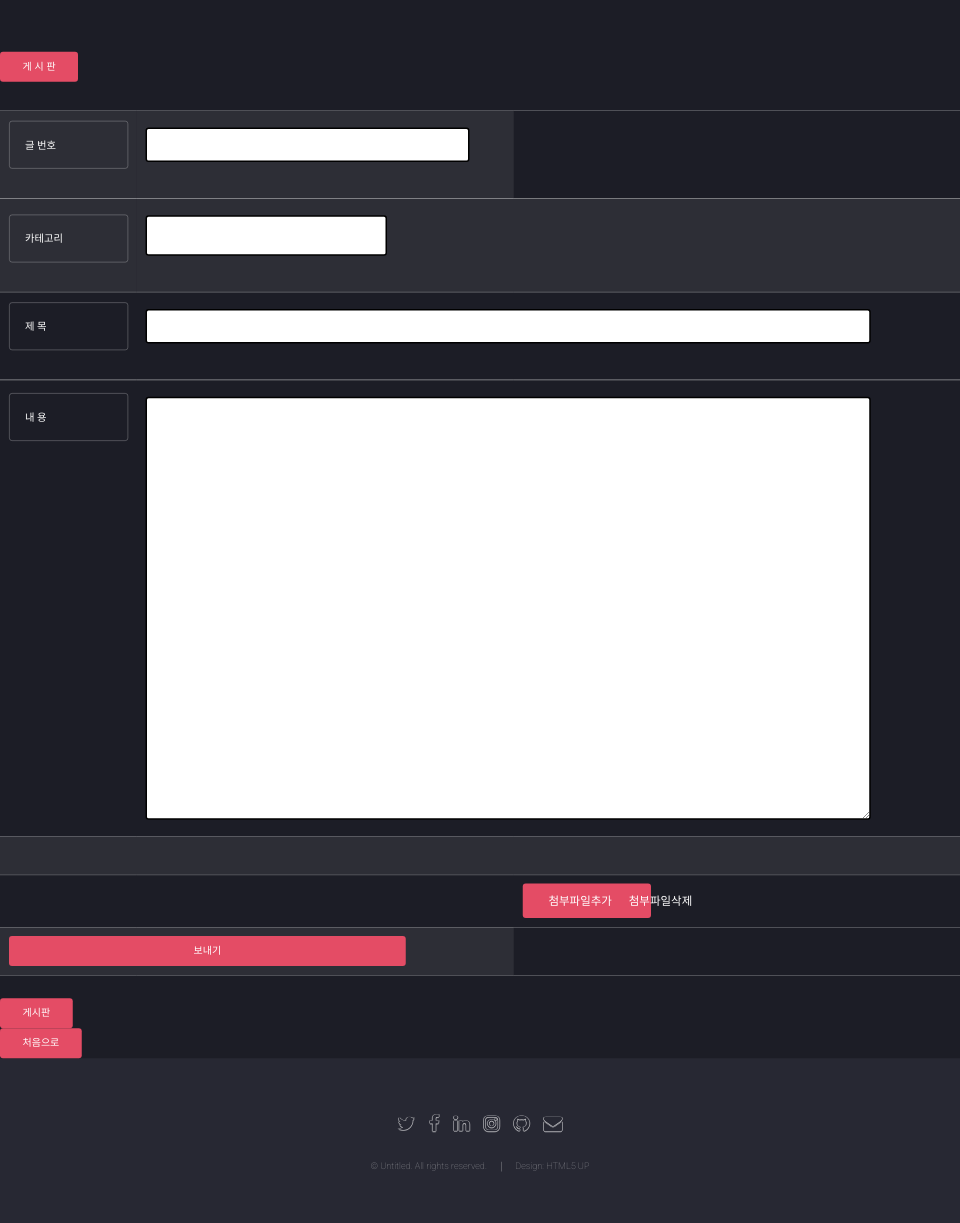
Repository: worMholEamkim/SpringEX
Page: http://localhost/bbs/bbsupdate.do
These files come from the project's save history. The page is drawn as it stood at one moment and after the next save; the edit follows.
The browser window is 1280 px wide. The pictures show the whole page, at 75% of full size.
The page is served by Tomcat 9. Other server files are loaded and not shown. Queries for data that is not in the repository find no rows.

Above is the page before, as saved 2019-03-18 05:03:48.

### JSP_WepPage_Server-master.zip_expanded/JSP_WepPage_Server-master/bbs/WebContent/WEB-INF/bbsupdate.jsp
<%@ page language="java" contentType="text/html; charset=UTF-8"
	pageEncoding="UTF-8"%>
<%@ taglib prefix="c" uri="http://java.sun.com/jsp/jstl/core"%>

<!DOCTYPE html>
<html lang="en">
<head>
<title>게시판 업로드데스</title>
<meta charset="utf-8">
		<meta charset="utf-8" />
		<meta name="viewport" content="width=device-width, initial-scale=1, user-scalable=no" />
		<link rel="stylesheet" href="assets/css/main.css" />
<style>

	box {
		display: inline;
		transition: border-color 0.2s ease-in-out;
	    background: transparent;
	    border-radius: 4px;
	    border: solid 1px rgba(255, 255, 255, 0.3);
	    color: inherit;
	    text-decoration: none;


	}

	a {
		color:white;
		text-decoration:none;
		border-bottom-color:transparent;

	}


</style>

</head>
<body class="is-preload">
	<%
		String sessionID = null;
		if (session.getAttribute("sessionID") != null) {
			sessionID = (String) session.getAttribute("sessionID");
		}
	%>
	<div class="wrapper style1">
			<button class="button primary"><a href="bbs.do">게 시 판</a></button>
		</div>
		<div align="center">
			<form method="post" action="bbsupdate.do">
				<table border=0px>
					<tr>
						<td><h5 class="box">글 번호</h5></td>
						<td colspan="2"><input name="bbsId" type="text" value="${bbsUpdate.bbsId}"  readonly
							style="width: 90%; padding: 12px 20px; margin: 10px 0px; background-color: white; box-sizing: border-box; border: 2px solid black;">
						</td>
					<tr>
					<tr>
						<td><h5 class="box">카테고리</h5></td>
						<td colspan="4">
						<select name="category"
							style="width: 30%; padding: 12px 20px; font-size: 18px; margin: 10px 0px; background-color: white; box-sizing: border-box; border: 2px solid black;">
								<c:if test="${bbsUpdate.bbsCategory == 'math'}">
									<option value="math" selected>수학</option>
								</c:if>
								<c:if test="${bbsUpdate.bbsCategory != 'math'}">
									<option value="math">수학</option>
								</c:if>
								<c:if test="${bbsUpdate.bbsCategory == 'enjoy'}">
									<option value="enjoy" selected>여행</option>
								</c:if>
								<c:if test="${bbsUpdate.bbsCategory != 'enjoy'}">
									<option value="enjoy">여행</option>
								</c:if>
								<c:if test="${bbsUpdate.bbsCategory == 'pic'}">
									<option value="pic" selected>사진</option>
								</c:if>
								<c:if test="${bbsUpdate.bbsCategory != 'pic'}">
									<option value="pic">사진</option>
								</c:if>
								<c:if test="${bbsUpdate.bbsCategory == 'java'}">
									<option value="java" selected>java</option>
								</c:if>
								<c:if test="${bbsUpdate.bbsCategory != 'java'}">
									<option value="java">java</option>
								</c:if>
								<c:if test="${bbsUpdate.bbsCategory == 'web'}">
									<option value="web" selected>웹프로그래밍</option>
								</c:if>
								<c:if test="${bbsUpdate.bbsCategory != 'web'}">
									<option value="web">웹프로그래밍</option>
								</c:if>
								<c:if test="${bbsUpdate.bbsCategory == 'estate'}">
									<option value="estate" selected>부동산</option>
								</c:if>
								<c:if test="${bbsUpdate.bbsCategory != 'estate'}">
									<option value="estate">부동산</option>
								</c:if>
								<c:if test="${bbsUpdate.bbsCategory == 'food'}">
									<option value="food" selected>음식</option>
								</c:if>
								<c:if test="${bbsUpdate.bbsCategory != 'food'}">
									<option value="food">음식</option>
								</c:if>
								<c:if test="${bbsUpdate.bbsCategory == 'common'}">
									<option value="common" selected>상식</option>
								</c:if>
								<c:if test="${bbsUpdate.bbsCategory != 'common'}">
									<option value="common">상식</option>
								</c:if>
						</select>
						</td>

					</tr>
					<tr>
						<td><h5 class="box">제 목</h5></td>
						<td colspan="4"><input name="title" type="text" value="${bbsUpdate.bbsTitle}"
							style="width: 90%; padding: 12px 20px; margin: 10px 0px; background-color: white; box-sizing: border-box; border: 2px solid black;">
						</td>
					<tr>
					<tr>
						<td><h5 class="box">내 용</h5></td>
						<td colspan="4"><textarea name="content" rows="20" cols="80"
								style="width: 90%; padding: 12px 20px; margin: 10px 0px; background-color: white; box-sizing: border-box; border: 2px solid black;">
								${bbsUpdate.bbsContent}</textarea>
						</td>
					</tr>

					<tr>
						<td colspan="5"><br>
						</td>
					<tr>

						<script type="text/javascript">
							var uf = "";
							function file_add(size, ext) {
								var filecountTemp = parseInt(document
										.getElementById("file_cnt").value);
								var parents = document
										.getElementById("file_add_form");
								var br = document.createElement("br");
								br.setAttribute("id", "br" + (filecountTemp + 1));
								parents.appendChild(br);
								if (filecountTemp == 30) {
									alert("파일업로드는 최대 30개까지 가능합니다"); //< --- 이 부분 지우면 무한대로 추가됨.
									return;
								} else {
									var obj = document.createElement("input");
									obj.setAttribute("type", "file");
									obj.setAttribute("size", size);
									obj.setAttribute("name", "bbs_file"
											+ (filecountTemp + 1));
									obj.setAttribute("id", "file"
											+ (filecountTemp + 1));
									parents.appendChild(obj);
								}
								document.getElementById("file_cnt").value = filecountTemp + 1;
							}
							function file_delete() {
								var filecountTemp = parseInt(document
										.getElementById("file_cnt").value);
								var parents = document
										.getElementById("file_add_form");
								var obj = document.getElementById('file'
										+ filecountTemp);
								var br = document.getElementById('br'
										+ filecountTemp);
								parents.removeChild(obj);

								document.getElementById("file_cnt").value = filecountTemp - 1;
							}
						</script>

						<td colspan="3"></td>

						<td colspan="2">
						<div class="button primary" style="width: 30%;">
						<input type="hidden" id="file_cnt"
							name="file_cnt" value="1" style="">
							<a href="javascript:file_add(50, 'class=input_write');"><b>첨부파일추가</b></a>&nbsp;&nbsp;&nbsp;&nbsp;&nbsp;
							<a href="javascript:file_delete();"><b>첨부파일삭제</b></a>
						</div>
						</td>
					</tr>

						<td colspan="2"><button type="submit"
								class="button primary"
								style="width: 80%;">보내기</button>
						</td>
					</tr>
				</table>
			</form>
		</div>

		<div class="w3-panel">
			<button class="button primary">
				<a href='bbs.do'>게시판</a>
			</button>
		</div>

		<div class="w3-panel">
			<button class="button primary">
				<a href='home.do'>처음으로</a>
			</button>
		</div>
	</div>
</body>
<footer id="footer">
					<ul class="icons">
						<li><a href="#" class="icon alt fa-twitter"><span class="label">Twitter</span></a></li>
						<li><a href="#" class="icon alt fa-facebook"><span class="label">Facebook</span></a></li>
						<li><a href="#" class="icon alt fa-linkedin"><span class="label">LinkedIn</span></a></li>
						<li><a href="#" class="icon alt fa-instagram"><span class="label">Instagram</span></a></li>
						<li><a href="#" class="icon alt fa-github"><span class="label">GitHub</span></a></li>
						<li><a href="#" class="icon alt fa-envelope"><span class="label">Email</span></a></li>
					</ul>
					<ul class="copyright">
						<li>&copy; Untitled. All rights reserved.</li><li>Design: <a href="http://html5up.net">HTML5 UP</a></li>
					</ul>
				</footer>
</html>

### JSP_WepPage_Server-master.zip_expanded/JSP_WepPage_Server-master/bbs/src/com/jsp/controller/BbsUpdateController.java
package com.jsp.controller;

import java.io.IOException;

import javax.servlet.RequestDispatcher;
import javax.servlet.ServletException;
import javax.servlet.http.HttpServlet;
import javax.servlet.http.HttpServletRequest;
import javax.servlet.http.HttpServletResponse;
import javax.servlet.http.HttpSession;

import com.jsp.dao.BbsDao;
import com.jsp.dao.TransactionDao;
import com.jsp.dto.BbsDto;
import com.oreilly.servlet.MultipartRequest;
import com.oreilly.servlet.multipart.DefaultFileRenamePolicy;

public class BbsUpdateController extends HttpServlet {
	@Override
	protected void doGet(HttpServletRequest req, HttpServletResponse resp) throws ServletException, IOException {
		String bbsID = req.getParameter("id");
		BbsDao bbsDao = BbsDao.getInstance();
		BbsDto bbsDto = bbsDao.selectById(bbsID);

		req.setAttribute("bbsUpdate", bbsDto);

		RequestDispatcher rd = req.getRequestDispatcher("/WEB-INF/bbsupdate.jsp");
		rd.forward(req, resp);
	}
	@Override
	protected void doPost(HttpServletRequest req, HttpServletResponse resp) throws ServletException, IOException {

		HttpSession session = req.getSession();
		String sessionID = null;
		if (session.getAttribute("sessionID") != null) {
			sessionID = (String) session.getAttribute("sessionID");
		}

		req.setCharacterEncoding("UTF-8");
		resp.setContentType("text/html;charset=UTF-8");

		String category = req.getParameter("category");
		String title = req.getParameter("title");
		String content = req.getParameter("content");
		String bbsId = req.getParameter("bbsId");


		BbsDto bbsDto = new BbsDto();
		bbsDto.setBbsTitle(title);
		bbsDto.setBbsCategory(category);
		bbsDto.setBbsContent(content);
		bbsDto.setBbsId(bbsId);



		TransactionDao tDao = TransactionDao.getInstance();
		System.out.println("업데이트올 작동?");
		int resultTrans = tDao.updateAll(bbsDto);
		//왜애 ㅠㅠㅠ어리머람ㅇㄴ리ㅏㅓㄴㅁ아ㅣ렁ㄴㅁ
		System.out.println(bbsDto.toString());
		req.setAttribute("resultTrans", resultTrans);

		RequestDispatcher rd = req.getRequestDispatcher("bbs.do");

		rd.forward(req, resp);

	}


}

### JSP_WepPage_Server-master.zip_expanded/JSP_WepPage_Server-master/bbs/src/com/jsp/dao/BbsDao.java
package com.jsp.dao;

import java.sql.Connection;
import java.sql.DriverManager;
import java.sql.PreparedStatement;
import java.sql.ResultSet;
import java.sql.SQLException;
import java.util.ArrayList;
import java.util.List;

import com.jsp.dto.BbsDto;

public class BbsDao {

	private static BbsDao bbsDao;
	private Connection conn;
	private PreparedStatement pstmt;
	private int result;
	private ResultSet rs;
	private List<BbsDto> bbsList;


	private BbsDao() {
	}



	public static synchronized BbsDao getInstance() {
		if(bbsDao == null) {
			bbsDao = new BbsDao();
	}
		return bbsDao;
	}
	public Connection getConnect() {
		String url = "jdbc:oracle:thin:@localhost:1521:xe";
		String id = "BIG";
		String pw ="1234";
		try {
			Class.forName("core.log.jdbc.driver.OracleDriver");
			conn = DriverManager.getConnection(url, id, pw);

		} catch(ClassNotFoundException e) {
			e.printStackTrace();
		} catch(SQLException e) {
			e.printStackTrace();
		}
		return conn;
	}

	public BbsDto selectById(String id) {

		// id 확인
		//System.out.println("dao에서 id = " + id);
		BbsDto bbsDto = new BbsDto();
		//System.out.println("왜");
		conn = this.getConnect();
		//System.out.println("에러가난거야 쉬뱌ㅠㅠ");

		StringBuffer query = new StringBuffer();
		query.append("SELECT *");
		query.append(" FROM BBS");
		query.append(" WHERE BBSID=? ");

		try {
			//System.out.println("양심적으로 try문은 들어가야지?");
			pstmt = conn.prepareStatement(query.toString());
			pstmt.setString(1, id);

			//System.out.println("설마 여긴가?");
			rs = pstmt.executeQuery();
			// rs 확인
			//System.out.println("dao에서 " + rs);
			while (rs.next()) {

				bbsDto.setId(rs.getString("ID"));
				bbsDto.setBbsId(rs.getString("BBSID"));
				bbsDto.setBbsTitle(rs.getString("BBSTITLE"));
				bbsDto.setBbsDate(rs.getString("BBSDATE"));
				bbsDto.setBbsCategory(rs.getString("BBSCATEGORY"));
				bbsDto.setBbsContent(rs.getString("BBSCONTENT"));
				bbsDto.setBbsHit(rs.getString("BBSHIT"));
				//System.out.println(bbsDto.toString());
			}
		} catch (SQLException e) {

		} finally {
			this.close(conn, pstmt, null);
		}
		return bbsDto;
	}


	public BbsDto selectBeforeById(String id) {

		BbsDto bbsDto = new BbsDto();
		conn = this.getConnect();
		StringBuffer query = new StringBuffer();

		query.append("SELECT * FROM BBS WHERE BBSID IN ");
		query.append(" ((SELECT MAX(BBSID) FROM BBS ");
		query.append(" WHERE BBSID < ? ))");
		try {
			pstmt = conn.prepareStatement(query.toString());
			pstmt.setString(1, id);
			rs = pstmt.executeQuery();

			while(rs.next()) {
				bbsDto.setId(rs.getString("ID"));
				bbsDto.setBbsId(rs.getString("BBSID"));
				bbsDto.setBbsTitle(rs.getString("BBSTITLE"));
				bbsDto.setBbsDate(rs.getString("BBSDATE"));
				bbsDto.setBbsCategory(rs.getString("BBSCATEGORY"));
				bbsDto.setBbsContent(rs.getString("BBSCONTENT"));
				bbsDto.setBbsHit(rs.getString("BBSHIT"));
			}
		} catch (SQLException e) {

		} finally {
			this.close(conn, pstmt, null);
		}
		return bbsDto;
	}


	public BbsDto selectAfterById(String id) {

		BbsDto	bbsDto = new BbsDto();
		conn = this.getConnect();
		StringBuffer query = new StringBuffer();

		query.append("SELECT * FROM BBS WHERE BBSID IN ");
		query.append(" ((SELECT MIN(BBSID) FROM BBS ");
		query.append(" WHERE BBSID > ? )) ");
		try {
			pstmt = conn.prepareStatement(query.toString());
			pstmt.setString(1, id);
			rs = pstmt.executeQuery();

			while(rs.next()) {
				bbsDto.setId(rs.getString("ID"));
				bbsDto.setBbsId(rs.getString("BBSID"));
				bbsDto.setBbsTitle(rs.getString("BBSTITLE"));
				bbsDto.setBbsDate(rs.getString("BBSDATE"));
				bbsDto.setBbsCategory(rs.getString("BBSCATEGORY"));
				bbsDto.setBbsContent(rs.getString("BBSCONTENT"));
				bbsDto.setBbsHit(rs.getString("BBSHIT"));
			}
		} catch (SQLException e) {

		} finally {
			this.close(conn, pstmt, null);
		}
		return bbsDto;
	}


	public int hitUpdate(String id) {

		conn = this.getConnect();
		StringBuffer query = new StringBuffer();
		query.append("UPDATE BBS SET BBSHIT = BBSHIT +1 WHERE BBSID=?");
			try {
				pstmt = conn.prepareStatement(query.toString());
				pstmt.setString(1, id);
				result = pstmt.executeUpdate();
			} catch(SQLException e1) {
	}
			finally {
				this.close(conn, pstmt, null);
			}
			return result;
	}

	public int hitUpdate(Connection conn, String id) {

			conn = this.getConnect();
			StringBuffer query = new StringBuffer();
			query.append("UPDATE BBS SET BBSHIT = BBSHIT +1 WHERE BBSID=?");
				try {
					pstmt = conn.prepareStatement(query.toString());
					pstmt.setString(1, id);
					result = pstmt.executeUpdate();
				} catch(SQLException e1) {
		}
				finally {
					this.close(conn, pstmt, null);
				}
				return result;
		}



	public int update(BbsDto bbsDto) {

		conn = this.getConnect();
		StringBuffer query = new StringBuffer();
		query.append("UPDATE BBS SET ");
		query.append(" BBTITLE=?, BBSCATEGORY=?, BBSCONTENT=?");
		query.append(" WHERE BBSID=?");
			try {
				pstmt = conn.prepareStatement(query.toString());
				pstmt.setString(1, bbsDto.getBbsTitle());
				pstmt.setString(2, bbsDto.getBbsCategory());
				pstmt.setString(3, bbsDto.getBbsContent());
				pstmt.setString(4, bbsDto.getBbsId());

				result = pstmt.executeUpdate();
			} catch (SQLException e1) {

			} finally {
				this.close(conn, pstmt, null);
			}
			return result;
	}


	public int insert(BbsDto bbsDto) {

		conn = this.getConnect();
		StringBuffer query = new StringBuffer();
		query.append("INSERT INTO BBS(BBSID, ID, BBSTITLE, BBSDATE, BBSCATEGORY, BBSCONTENT, BBSHIT)");
		query.append(" VALUES (bbs_seq.nextval ,? ,? ,sysdate,? ,? ,0 )");

		try {
			pstmt = conn.prepareStatement(query.toString());
			pstmt.setString(1, bbsDto.getId());
			pstmt.setString(2, bbsDto.getBbsTitle());
			pstmt.setString(3, bbsDto.getBbsCategory());
			pstmt.setString(4, bbsDto.getBbsContent());

			result = pstmt.executeUpdate();

		} catch (SQLException e) {
			e.printStackTrace();
		} finally {
			this.close(conn, pstmt, null);
		}
		return result;
	}


	public int insertOracle(BbsDto bbsDto) {

		conn = this.getConnect();
		StringBuffer query = new StringBuffer();
		query.append("INSERT INTO BBS(BBSID, ID, BBSTITLE, BBSDATE, BBSCATEGORY, BBSCONTENT, BBSHIT)");
		query.append(" VALUES(BBS_SEQ.BEXTVAL, ? ,? ,NOW(), ?, ?, 0 )");

		try {
			pstmt = conn.prepareStatement(query.toString());
			pstmt.setString(1,  bbsDto.getId());
			pstmt.setString(2,  bbsDto.getBbsTitle());
			pstmt.setString(3,  bbsDto.getBbsCategory());
			pstmt.setString(4,  bbsDto.getBbsContent());

			result = pstmt.executeUpdate();
		} catch (SQLException e) {
			e.printStackTrace();
		} finally {
			this.close(conn, pstmt, null);
		}
		return result;
	}


	public List<BbsDto> selectAll(int startNum, int perpage) {
		bbsList = new ArrayList<>();
		conn = this.getConnect();
		StringBuffer query = new StringBuffer();
		query.append("SELECT T2.*");
		query.append("	FROM (SELECT ROWNUM R2, T.*");
		query.append("	FROM (SELECT BBSID, ID, substr(BBSTITLE, 1, 10) BBSTITLE, BBSDATE,");
		query.append("BBSCATEGORY, substr(BBSCONTENT, 1, 15) BBSCONTENT, BBSHIT ");
		query.append(" FROM BBS ORDER BY BBSID DESC ) T) T2 ");
		query.append("WHERE T2.R2 BETWEEN ? AND ?");

		try {
			pstmt = conn.prepareStatement(query.toString());
			pstmt.setInt(1, startNum - 1);
			pstmt.setInt(2, perpage);


			rs = pstmt.executeQuery();
			while (rs.next()) {
				BbsDto bbsDto = new BbsDto();

				bbsDto.setId(rs.getString("ID"));
				bbsDto.setBbsId(rs.getString("BBSID"));
				bbsDto.setBbsTitle(rs.getString("BBSTITLE"));
				bbsDto.setBbsDate(rs.getString("BBSDATE"));
				bbsDto.setBbsCategory(rs.getString("BBSCATEGORY"));
				bbsDto.setBbsContent(rs.getString("BBSCONTENT"));
				bbsDto.setBbsHit(rs.getString("BBSHIT"));

				bbsList.add(bbsDto);
			}
			} catch(SQLException e) {
				e.printStackTrace();
		}	return bbsList;
}


	public int delete(int id) {

		conn = this.getConnect();
		StringBuffer query = new StringBuffer();

		try {

			query.append("DELETE FROM BBS");
			query.append(" WHERE BBSID = ?");
			pstmt = conn.prepareStatement(query.toString());
			pstmt.setInt(1,  id);
			int result = pstmt.executeUpdate();

			return result;
		} catch (SQLException e) {
			e.printStackTrace();
		} finally {
			this.close(conn, pstmt, null);
		}
		return -1;
	}



	public int getTotalCount() {

		conn = this.getConnect();
		StringBuffer query = new StringBuffer();
		query.append("SELECT count(*)");
		query.append(" FROM BBS");

		try {
			pstmt = conn.prepareStatement(query.toString());
			rs = pstmt.executeQuery();

			if(rs.next()) {
				return rs.getInt("count(*)");
			}
		} catch (SQLException e) {
			e.printStackTrace();
		} finally {
			this.close(conn, pstmt, rs);
		}
		return -1;
	}


	public void close(Connection conn, PreparedStatement stmt, ResultSet rs) {
		if (rs != null) {
			try {
				rs.close();
			} catch (SQLException e) {
			}
		}
		if (stmt != null) {
			try {
				stmt.close();
			} catch (SQLException e) {
			}
		}
		if (conn != null) {
			try {
				conn.close();
			} catch (SQLException e) {
			}
		}
	}

	public static void main(String[] args) {
		BbsDao mDao = BbsDao.getInstance();
	}


}

### JSP_WepPage_Server-master.zip_expanded/JSP_WepPage_Server-master/bbs/src/com/jsp/dto/BbsDto.java
package com.jsp.dto;

public class BbsDto {

	private String id;
	private String bbsId;
	private String bbsTitle;
	private String bbsDate;
	private String bbsCategory;
	private String bbsContent;
	private String bbsHit;

	public String getId() {
		return id;
	}
	public void setId(String id) {
		this.id = id;
	}
	public String getBbsId() {
		return bbsId;
	}
	public void setBbsId(String bbsId) {
		this.bbsId = bbsId;
	}
	public String getBbsTitle() {
		return bbsTitle;
	}
	public void setBbsTitle(String bbsTitle) {
		this.bbsTitle = bbsTitle;
	}
	public String getBbsDate() {
		return bbsDate;
	}
	public void setBbsDate(String bbsDate) {
		this.bbsDate = bbsDate;
	}
	public String getBbsCategory() {
		return bbsCategory;
	}
	public void setBbsCategory(String bbsCategory) {
		this.bbsCategory = bbsCategory;
	}
	public String getBbsContent() {
		return bbsContent;
	}
	public void setBbsContent(String bbsContent) {
		this.bbsContent = bbsContent;
	}
	public String getBbsHit() {
		return bbsHit;
	}
	public void setBbsHit(String bbsHit) {
		this.bbsHit = bbsHit;
	}
	@Override
	public String toString() {
		return "BbsDto [id=" + id + ", bbsId=" + bbsId + ", bbsTitle=" + bbsTitle + ", bbsDate=" + bbsDate
				+ ", bbsCategory=" + bbsCategory + ", bbsContent=" + bbsContent + ", bbsHit=" + bbsHit + "]";
	}

}

Loaded but not shown: JSP_WepPage_Server-master.zip_expanded/JSP_WepPage_Server-master/bbs/WebContent/assets/css/font-awesome.min.css (library); JSP_WepPage_Server-master.zip_expanded/JSP_WepPage_Server-master/bbs/WebContent/assets/css/main.css (4070 lines, source omitted)

After the next save:
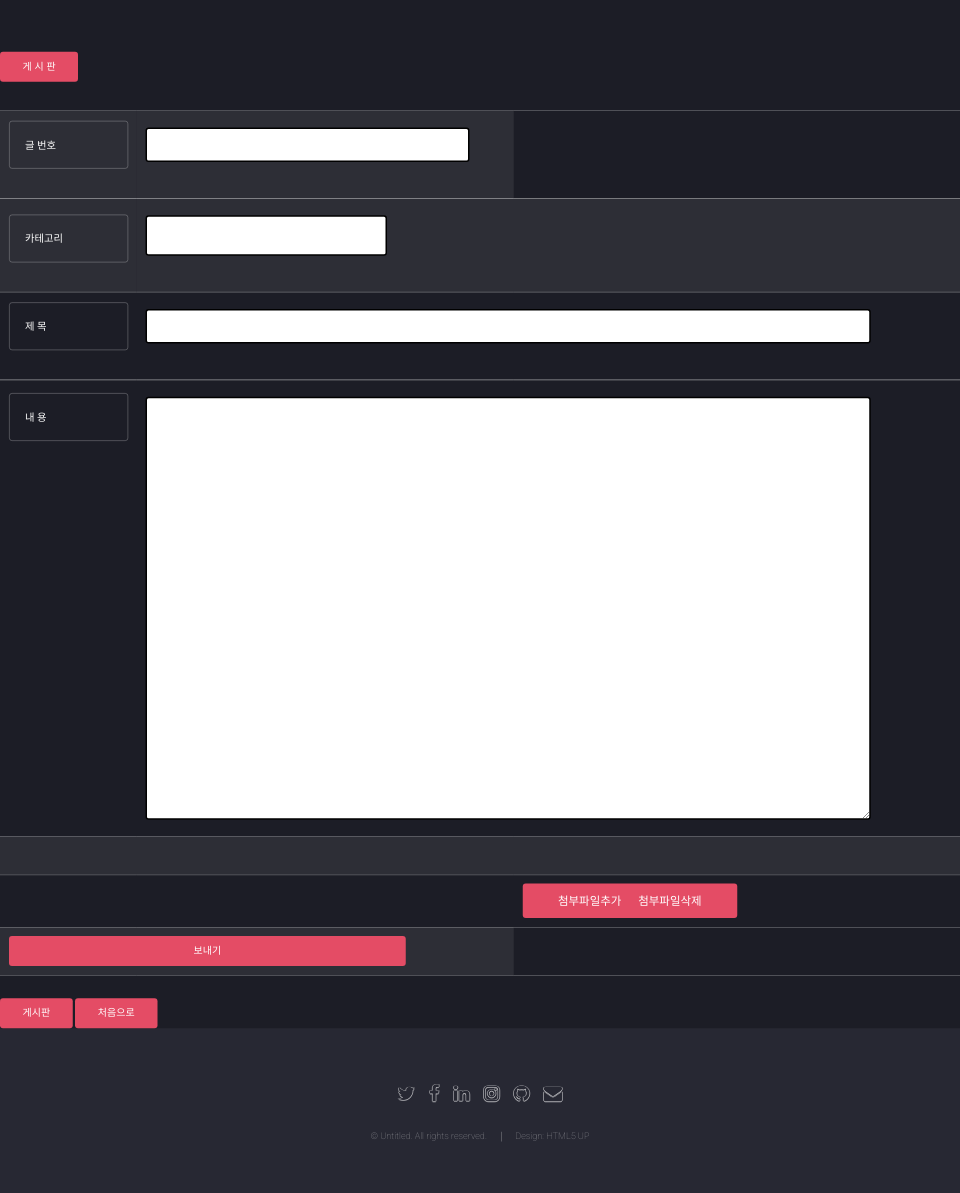
Saved 19 s later.
--- a/JSP_WepPage_Server-master.zip_expanded/JSP_WepPage_Server-master/bbs/WebContent/WEB-INF/bbsupdate.jsp
+++ b/JSP_WepPage_Server-master.zip_expanded/JSP_WepPage_Server-master/bbs/WebContent/WEB-INF/bbsupdate.jsp
@@ -173,7 +173,7 @@
 						<td colspan="3"></td>
 
 						<td colspan="2">
-						<div class="button primary" style="width: 30%;">
+						<div class="button primary" style="width: 50%;">
 						<input type="hidden" id="file_cnt"
 							name="file_cnt" value="1" style="">
 							<a href="javascript:file_add(50, 'class=input_write');"><b>첨부파일추가</b></a>&nbsp;&nbsp;&nbsp;&nbsp;&nbsp;
@@ -191,17 +191,13 @@
 			</form>
 		</div>
 
-		<div class="w3-panel">
 			<button class="button primary">
 				<a href='bbs.do'>게시판</a>
 			</button>
-		</div>
-
-		<div class="w3-panel">
+
 			<button class="button primary">
 				<a href='home.do'>처음으로</a>
 			</button>
-		</div>
 	</div>
 </body>
 <footer id="footer">
